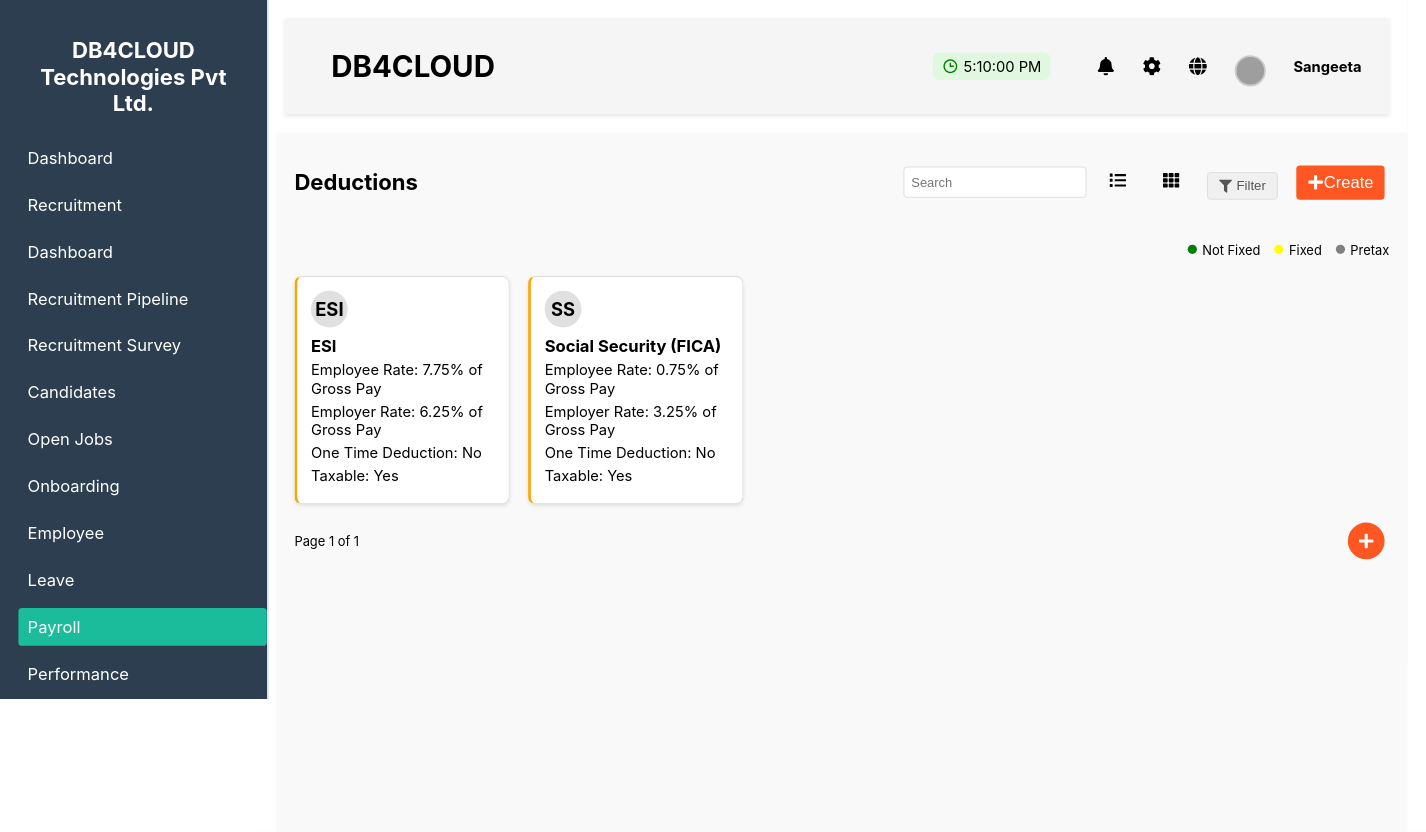
Repository: tinu-ns/Dev-code
Page: /payroll/deductions (app in HRMS-DEMO-Sang/hrms/)
These files come from the project's save history. The page is drawn as it stood at one moment and after the next save; the edit follows.
The browser window is 1280 px wide. The page is 1550 px wide, so the pictures cover 1550 px, including what lies to the right of the window. The pictures show the whole page, at 92% of full size.
Pictures or frames that could not be fetched are drawn as grey boxes. The project was rebuilt for these pictures with package versions that can differ from the ones it lists, and the page was loaded fresh each time. Also part of the build but not shown: HRMS-DEMO-Sang/hrms/src/components/Dashboard.js, HRMS-DEMO-Sang/hrms/src/components/Recruitment/RecruitmentDashboard.js, HRMS-DEMO-Sang/hrms/src/components/Recruitment/RecruitmentPipeline.js, HRMS-DEMO-Sang/hrms/src/components/Payroll/Allowances.js, HRMS-DEMO-Sang/hrms/src/components/Payroll/Contract.js, HRMS-DEMO-Sang/hrms/src/components/Payroll/Payslips.js, HRMS-DEMO-Sang/hrms/src/components/Payroll/PayrollDashboard.js, HRMS-DEMO-Sang/hrms/src/components/MainContent.css and 4 more.

Above is the page before, as saved 2024-11-11 15:19:50.

### HRMS-DEMO-Sang/hrms/src/App.css
.app{
  display: flex;
  height: 100vh;
  background-color: #f4f4f4;
  width: 100vw;
  padding-left: 250px;
}

.content-container{
  flex-grow: 1;
  padding: 20px;
  background-color: #fff;        /**/
  display: flex;
  flex-direction: column;
  width: calc(100% - 250px); /* Adjust width to account for sidebar */
}

.main-section{
  display: flex;
  justify-content: space-between;
  padding: 20px;
  width: 100%;
  height: 100%;
  flex-grow: 1;

}


.sidebar {
  width: 250px;
  background-color: #2c3e50;
  position: fixed;
  height: 100vh;
  flex-shrink: 0;
  position: fixed;
  left: 0;
  top: 0;
}

### HRMS-DEMO-Sang/hrms/src/components/Sidebar.css
 .container{
    display: flex;
    height: 100vh;
    margin-right: 10px;
}

/*
.content{
    flex-grow: 1;
    padding: 20px;
    padding-left: 50px;

}  */

.sidebar {
    width: 200px;
    height: 100vh;
    background-color: #503f2c;
    padding: 20px;
    color: white;
    height: 100vh;
    position: fixed;
    top: 0;
    left: 0;
    border-right: 2px solid #ddd;
    overflow-y: auto;        /* Allows vertical scrolling */
    margin-right: 200px;
    z-index: 1000;

  }



  .sidebar h2{
    text-align: center;
    margin-bottom: 30px;
    font-size: 24px;
  }

  .sidebar-list{
    list-style-type: none;
    padding: 0;
  }


  .sidebar-list li{
    margin-bottom: 15px;
  }

  .sidebar-list li a {
    color: white;
    text-decoration: none;
    font-size: 18px;
    padding: 10px;
    border-radius: 4px;
    display: block;
  }

  .sidebar-list li a:hover{
    color: #1abc9c;
  }

  .sidebar-list li a.active{
    background-color: #1abc9c;
    color: white;
  }

  .sidebar {
    width: 250px;
    background-color: #2E3A46;
    color: #FFF;
    padding: 20px;
    height: 100vh;
  }

  .sidebar h2 {
    font-size: 1.5em;
    margin-bottom: 1em;
  }

  .sidebar ul {
    list-style: none;
    padding: 0;
  }

  .sidebar li {
    margin: 10px 0;
  }

  .sidebar li ul {
    margin-top: 5px;
  }

  .sidebar a {
    color: #FFF;
    text-decoration: none;
  }

  .sidebar a:hover {
    text-decoration: underline;
  }

  .sidebar a.active {
    color: #20c997;
  }

  .sidebar ul li a:hover, .menu-toggle:hover {
    background-color: #34495e;
  }

  .menu-toggle {
    background: none;
    border: none;
    color: #ecf0f1;
    font-size: 1rem;
    text-align: left;
    cursor: pointer;
    width: 100%;
    padding: 10px;
  }

  .submenu {
    list-style-type: none;
    padding-left: 20px;
  }

  .submenu li a {
    padding-left: 20px;
    font-size: 0.9rem;
  }

### HRMS-DEMO-Sang/hrms/src/components/Recruitment/RecruitmentPipeline.css
.pipeline-container {
    padding: 20px;
    background-color: #f5f5f5;
    border-radius: 8px;
  }

  .pipeline-section {
    margin-top: 20px;
  }

  .pipeline-section h3 {
    background-color: #f8f9fa;
    padding: 10px;
    border-left: 5px solid #ffa500;
  }

  .recruitment-table {
    width: 100%;
    border-collapse: collapse;
  }

  .recruitment-table th,
  .recruitment-table td {
    padding: 10px;
    border-bottom: 1px solid #ddd;
    text-align: left;
  }

  .recruitment-table th {
    background-color: #f1f1f1;
  }

  button {
    padding: 5px 10px;
    margin: 0 5px;
    border: none;
    border-radius: 4px;
    cursor: pointer;
  }

  button:hover {
    background-color: #ddd;
  }

### HRMS-DEMO-Sang/hrms/src/components/Payroll/Deductions.css
.deduction-container {
    padding: 20px;
    background-color: #f9f9f9;
    width: 100%;
    height: 100vh;
  }

  .deduction-header {
    display: flex;
    justify-content: space-between;
    align-items: center;
    margin-bottom: 20px;
  }

  .allowances-header h2 {
    margin: 0;
    font-size: 24px;
  }
        /* For controlers like search filter list card icons*/
  .controls {
    display: flex;
    align-items: center;
    gap: 10px;
  }

  .search-input {
    padding: 8px;
    border: 1px solid #ccc;
    border-radius: 4px;
  }

  .view-toggle, .create-btn {
    background: none;
    border: none;
    font-size: 18px;
    cursor: pointer;
  }

  .filter-btn{
    background-color: #007bff;
    color: white;
    padding: 8px 12px;
    border: none;
    border-radius: 4px;
    cursor: pointer;
    display: flex;
    align-items: center;
    gap: 5px;
  }


  /*   for create account   */
   .create-btn {
    display: flex;
    align-items: center;
    padding: 8px 12px;
    background-color: #ff5722;
    color: white;
    border-radius: 4px;
    cursor: pointer;
  }


  .create-btn:hover {
    background-color: #0056b3;
  }

  .create-allowance-form {
    padding: 15px;
    margin-bottom: 20px;
    border: 1px solid #ccc;
    border-radius: 8px;
    background-color: #f9f9f9;
  }

  .allowances-list .allowance-item {
    padding: 10px;
    margin: 10px 0;
    border: 1px solid #ddd;
    border-radius: 5px;
  }

  .info-icon {
    margin-left: 5px;
    color: #888;
    cursor: pointer;
  }

  .info-icon:hover {
    color: #333;
  }

  /**/

  .status-indicators {
    display: flex;
    gap: 15px;
    font-size: 14px;
    margin-top: 10px;
    margin-bottom: 20px;
    justify-content: end;
  }

  .dot {
    display: inline-flex;
    align-items: center;
  }

  .dot::before {
    content: '';
    display: inline-block;
    width: 10px;
    height: 10px;
    margin-right: 6px;
    border-radius: 50%;
  }

  .not-fixed::before {
    background-color: green;
  }

  .fixed::before {
    background-color: yellow;
  }

  .non-taxable::before {
    background-color: gray;
  }

  .taxable::before {
    background-color: red;
  }

  .card-view {
    display: flex;
    gap: 20px;
    flex-wrap: wrap;

  }

  .allowance-card {
    background: white;
    border: 1px solid #ddd;
    border-radius: 8px;
    padding: 15px;
    width: 200px;
    box-shadow: 0 2px 5px rgba(0, 0, 0, 0.1);
    border-left: 3px solid rgb(255, 165, 0);
  }

  .card-icon {
    font-size: 20px;
    font-weight: bold;
    background: #e0e0e0;
    width: 40px;
    height: 40px;
    display: flex;
    align-items: center;
    justify-content: center;
    border-radius: 50%;
    margin-bottom: 10px;

  }

  .card-content h3 {
    margin: 0;
    font-size: 18px;
  }

  .card-content p {
    margin: 5px 0;
  }


  .list-view {
    background: white;
    border-radius: 8px;
    overflow: hidden;
    box-shadow: 0 2px 5px rgba(0, 0, 0, 0.1);
  }

  .table-container {
    overflow-x: auto;
    max-width: 100%;
    margin-top: 20px;
    position: relative;
    display: flex;
  }

  table {
    width: 100%;
    border-collapse: collapse;
  }

  th, td {
    padding: 5px;
    text-align: left;
  }

  thead th {
    background-color: #f0f0f0;
    position: sticky;
    top: 0;
    z-index: 2;
  }


  table th, table td {
    padding: 5px;
    text-align: left;
    border-bottom: 1px solid #ddd;
    border: 1px solid;
  }

  .sticky-column {
    position: sticky;
    left: 0;
    background-color: rgb(230, 220, 220);
    box-shadow: 2px 0 5px rgba(0, 0, 0, 0.1);
    z-index: 1;
    width: 150px;

  }

  /* Updated scrollable column style */
.scrollable-column {
    min-width: 120px; /* Minimum width for scrollable columns */
    border: 1px solid red;

  }

  .sticky-column:last-child {
    right: 0;
    left: auto;
  }

  tbody tr:nth-child(even) {
    background-color: #f9f9f9;
  }


  td.sticky-column {
    box-shadow: 2px 0 5px rgba(0, 0, 0, 0.1);

  }

  .edit-btn, .delete-btn {
    background: none;
    border: none;
    cursor: pointer;
    font-size: 16px;
    margin-right: 8px;
    display: flex;
  }

  .edit-btn {
    color: #007bff;
  }

  .delete-btn {
    color: #ff5722;
  }

  .footer {
    display: flex;
    justify-content: space-between;
    align-items: center;
    padding-top: 20px;
  }

  .footer span {
    font-size: 14px;
  }

  .add-btn {
    background-color: #ff5722;
    color: white;
    font-size: 18px;
    width: 40px;
    height: 40px;
    border: none;
    border-radius: 50%;
    display: flex;
    align-items: center;
    justify-content: center;
    cursor: pointer;
  }

  .filter-popup {
    position: absolute;
    top: 34%; /* Adjust based on your header */
    right: 50px; /* Adjust for alignment */
    background-color: white;
    border: 1px solid #ddd;
    border-radius: 8px;
    box-shadow: 0 4px 8px rgba(0, 0, 0, 0.1);
    padding: 16px;
    z-index: 100;
    width: 300px;
  }

  .filter-form .filter-row {
    margin-bottom: 10px;
  }

  .filter-form label {
    font-weight: bold;
  }

  .filter-form select {
    width: 100%;
    padding: 8px;
  }

  .filter-form button {
    width: 100%;
    padding: 10px;
    background-color: #4CAF50;
    color: white;
    border: none;
    cursor: pointer;
  }

  .filter-form button:hover {
    background-color: #45a049;
  }

  .active-filters {
    margin-top: 10px;
    display: flex;
    gap: 8px;
    flex-wrap: wrap;
  }

  .filter-tag {
    display: inline-flex;
    align-items: center;
    background-color: #f0f0f0;
    color: #333;
    padding: 4px 8px;
    border-radius: 20px;
    font-size: 14px;
  }

  .filter-tag button {
    background: none;
    border: none;
    color: #666;
    margin-left: 5px;
    font-size: 14px;
    cursor: pointer;
  }

  .filter-tag button:hover {
    color: #000;
  }

### HRMS-DEMO-Sang/hrms/src/components/Header.css
.bg-container{
  padding-left: 30px;

}

.header {
    background-color: #f5f5f5;
    padding: 10px 20px;
    display: flex;
    justify-content: space-between;
    align-items: center;
    box-shadow: 0px 2px 5px rgba(0, 0, 0, 0.1);
  }

  .header-left {
    display: flex;
    align-items: center;
  }

  .menu-button {
    font-size: 24px;
    background: none;
    border: none;
    cursor: pointer;
  }

  .h1{
    margin-left: 15px;
    font-size: 24px;
    color: red! important ;
  }

  .header-right{
    display: flex;
    align-items: center;
  }

  .icon{
    margin-left: 20px;
    font-size: 20px;
    cursor: pointer;
  }

  .time-box {
    display: flex;
    align-items: center;
    background-color: #e0f7e0;
    padding: 5px 10px;
    border-radius: 8px;
    margin-right: 20px;
  }

  .time-icon {
    margin-right: 5px;
    font-size: 18px;
    color: green;
  }

  .user-profile{
    display: flex;
    align-items: center;
    cursor: pointer;
    position: relative;
  }

  .user-avatar{
    padding: 20px;
  }

  .avatar{
    width: 40px;
    height: 40px;
    background-color: #d4d4d4;
    border-radius: 50%;
    display: flex;
    justify-content: center;
    align-items: center;
    font-size: 18px;
    color: white;
    margin-right: 10px;

  }

  .user-name{
    font-weight: bold;
  }

  .dropdown{
    position: absolute;
    top: 50px;
    right: 0;
    background-color: #fff;
    box-shadow: 0px 2px 8px rgba(0, 0, 0, 0.1);
    border-radius: 5px;
    z-index: 100;
  }

  .dropdown ul {
    list-style-type: none;
    padding: 10px;
    margin: 0;
  }

  .dropdown ul li {
    padding: 10px 15px;
    cursor: pointer;
  }

  .dropdown ul li:hover {
    background-color: #f5f5f5;
  }

  .user-info {
    display: flex;
    align-items: center;
  }

  .user-name {
    margin-right: 10px;
  }

### HRMS-DEMO-Sang/hrms/src/components/Payroll/CreateAllowance.css

.main-container{
    border: 1.5px solid rgb(246, 235, 235);
    padding: 20px;
    max-width: 700px;
    margin: 40px auto;
    background-color: #ffffff;
    box-shadow: 0 4px 10px rgba(0, 0, 0, 0.1);
    border-radius: 8px;
    height: 130vh;
  }

.create-allowance-container {
    padding: 30px;
    max-width: 700px;
    margin: 40px auto;
    background-color: #ffffff;
    border-radius: 8px;
    border: 1.5px solid rgb(216, 212, 212);

  }


  .create-allowance-container h2 {
    text-align: start;
    color: #333;
    font-size: 1.8rem;
    margin-bottom: 20px;

  }

  .create-allowance-container hr{
    margin-bottom: 30px;
  }

  .form-row {
    display: flex;
    justify-content: space-between;
    gap: 20px;
    margin-bottom: 20px;
  }

  .form-group {
    flex: 1;
  }

  .form-group.half-width {
    flex: 0.5;
  }

  .form-group label {
    display: flex;
    align-items: center;
    font-weight: 600;
    color: black;
    margin-bottom: 5px;
    font-size: 15px;
  }

  .form-group label span {
    color: #ff4d4d;
    margin-left: 4px;
  }

  .info-icon {
    margin-left: 5px;
    color: #888;
    cursor: help;
    font-size: 0.85rem;
  }

  input[type="text"],
  input[type="date"],
  input[type="number"],
  select {
    width: 100%;
    padding: 8px;
    border: 1px solid #ddd;
    border-radius: 4px;
    font-size: 1rem;
    font-size: 14px;
    color: rgb(199, 108, 137);

  }

  .filter-btn {
    background-color: #f0f0f0;
    color: #555;
    padding: 6px 12px;
    border: 1px solid #ddd;
    border-radius: 4px;
    font-size: 0.9rem;
    cursor: pointer;
    margin-top: 8px;
  }

  .filter-icons {
    display: flex;
    gap: 5px;
    margin-top: 8px;
    justify-content: end;
    padding: 6px;
  }

  .small-filter-icon {
    font-size: 1.2rem;
    color: orangered;
    text-align: end;
  }

  .filter-span{
    color: orangered;
  }

  /* Toggle Switch */
  .toggle-switch {
    position: relative;
    display: inline-block;
    width: 40px;
    height: 20px;
    margin-top: 8px;
  }

  .toggle-switch input {
    opacity: 0;
    width: 0;
    height: 0;
  }

  .slider {
    position: absolute;
    cursor: pointer;
    top: 0;
    left: 0;
    right: 0;
    bottom: 0;
    background-color: rgb(219, 198, 198);
    transition: 0.4s;
    border-radius: 20px;
  }

  .slider:before {
    position: absolute;
    content: "";
    height: 16px;
    width: 16px;
    left: 2px;
    bottom: 2px;
    background-color: white;
    transition: 0.4s;
    border-radius: 50%;
  }

  input:checked + .slider {
    background-color: orangered;
  }

  input:checked + .slider:before {
    transform: translateX(15px);
  }

  .condition-options{
    font-size: 12px;
    color: rgb(151, 146, 146);
  }

  /* Multi-select box and tag styles */
.multi-select-box {
    display: flex;
    flex-wrap: wrap;
    align-items: center;
    gap: 5px;
    border: 1px solid #ddd;
    padding: 5px;
    border-radius: 4px;
    background-color: #f9f9f9;
  }

  .tag {
    display: flex;
    align-items: center;
    background-color: #a8b4c0;
    color: #ffffff;
    border-radius: 12px;
    padding: 5px 10px;
    font-size: 0.9rem;
    margin: 3px;
  }

  .remove-tag {
    margin-left: 8px;
    cursor: pointer;
    font-weight: bold;
    font-size: 1.1rem;
  }

  /* Avatar styling for selected employee */
.avatar-container{
    display: flex;
  }
.avatar {
    margin-top: 10px;
    display: flex;
    justify-content: center;
    align-items: center;
    width: 30px;
    height: 30px;
    background-color: #b5b0b0;
    border-radius: 50%;
    font-size: 13px;
    font-weight: bold;
    color: #ffffff;
    text-transform: uppercase;
    border: 2px solid #ccc;
  }

  .avatar-text {
    text-align: center;
    line-height: 40px; /* Centers text vertically */
  }

  /* Modal Styling */
.modal {
    position: fixed;
    top: 0;
    left: 0;
    right: 0;
    bottom: 0;
    background: rgba(0, 0, 0, 0.5);
    display: flex;
    align-items: center;
    justify-content: center;
    z-index: 1000;
  }

  .modal-content {
    background: white;
    width: 500px;
    padding: 20px;
    border-radius: 8px;
    position: relative;
  }

  .close-modal {
    position: absolute;
    top: 10px;
    right: 10px;
    background: transparent;
    border: none;
    font-size: 1.5em;
    cursor: pointer;
  }

  .search-bar {
    width: 100%;
    padding: 10px;
    margin-bottom: 15px;
    border: 1px solid #ddd;
    border-radius: 5px;
  }

  .employee-list {
    max-height: 200px;
    overflow-y: auto;
    padding: 5px;
  }

  .employee-item {
    display: flex;
    align-items: center;
    justify-content: space-between;
    padding: 8px;
    border-bottom: 1px solid #eee;
  }

  .employee-item .avatar {
    width: 30px;
    height: 30px;
    background-color: #007bff;
    color: white;
    display: flex;
    align-items: center;
    justify-content: center;
    border-radius: 50%;
    margin-right: 10px;
  }

  .add-employee {
    background-color: #28a745;
    color: white;
    border: none;
    padding: 5px 10px;
    border-radius: 5px;
    cursor: pointer;
  }

  .add-employee:hover {
    background-color: #218838;
  }

  .save-btn-container {
    display: flex;
    justify-content: flex-end;
    align-items: center;
    flex: 0.5;
  }

  .save-btn {
    padding: 12px 20px;
    background-color: #007bff;
    color: #ffffff;
    border: none;
    border-radius: 4px;
    font-size: 1.2rem;
    font-weight: bold;
    cursor: pointer;
    transition: background-color 0.3s;
  }

  .save-btn:hover {
    background-color: #0056b3;
  }

  @media (max-width: 600px) {
    .form-row {
      flex-direction: column;
    }
  }

Loaded but not shown: HRMS-DEMO-Sang/hrms/public/index.html (common file); HRMS-DEMO-Sang/hrms/src/index.js (common file); HRMS-DEMO-Sang/hrms/src/index.css (common file); HRMS-DEMO-Sang/hrms/src/reportWebVitals.js (common file); HRMS-DEMO-Sang/hrms/src/components/Payroll/Deductions.js (324 lines, source omitted); HRMS-DEMO-Sang/hrms/src/components/Sidebar.js (102 lines, source omitted); HRMS-DEMO-Sang/hrms/src/components/Header.js (91 lines, source omitted); HRMS-DEMO-Sang/hrms/src/App.js (55 lines, source omitted); HRMS-DEMO-Sang/hrms/src/components/Payroll/PayrollDashboard.css (359 lines, source omitted); HRMS-DEMO-Sang/hrms/src/components/Payroll/Allowances.css (356 lines, source omitted); HRMS-DEMO-Sang/hrms/src/components/Payroll/Contract.css (341 lines, source omitted)

After the next save:
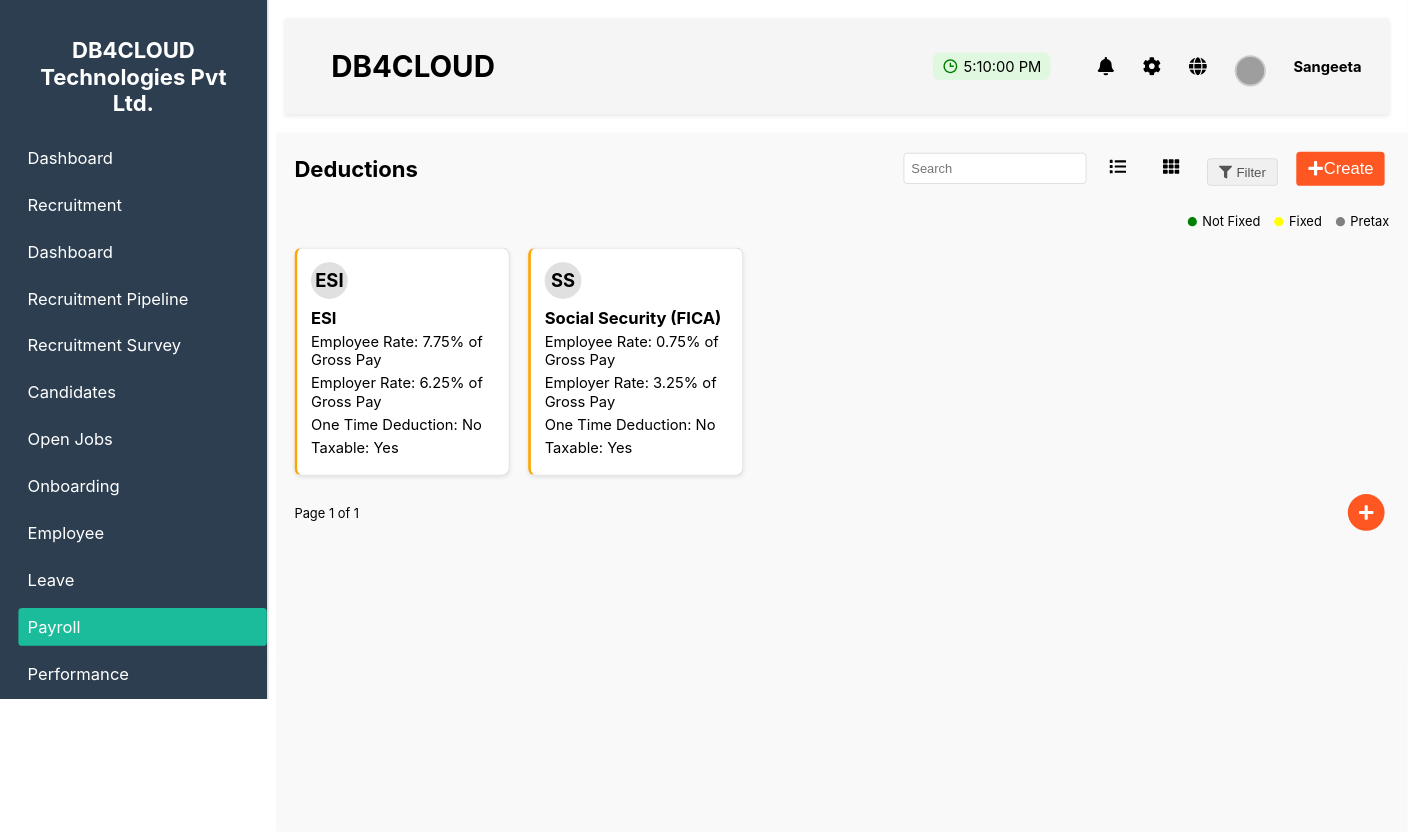
Saved 5 min 1 s later.
--- a/HRMS-DEMO-Sang/hrms/src/components/Payroll/Deductions.css
+++ b/HRMS-DEMO-Sang/hrms/src/components/Payroll/Deductions.css
@@ -12,7 +12,7 @@
     margin-bottom: 20px;
   }
 
-  .allowances-header h2 {
+  .deduction-header h2 {
     margin: 0;
     font-size: 24px;
   }
